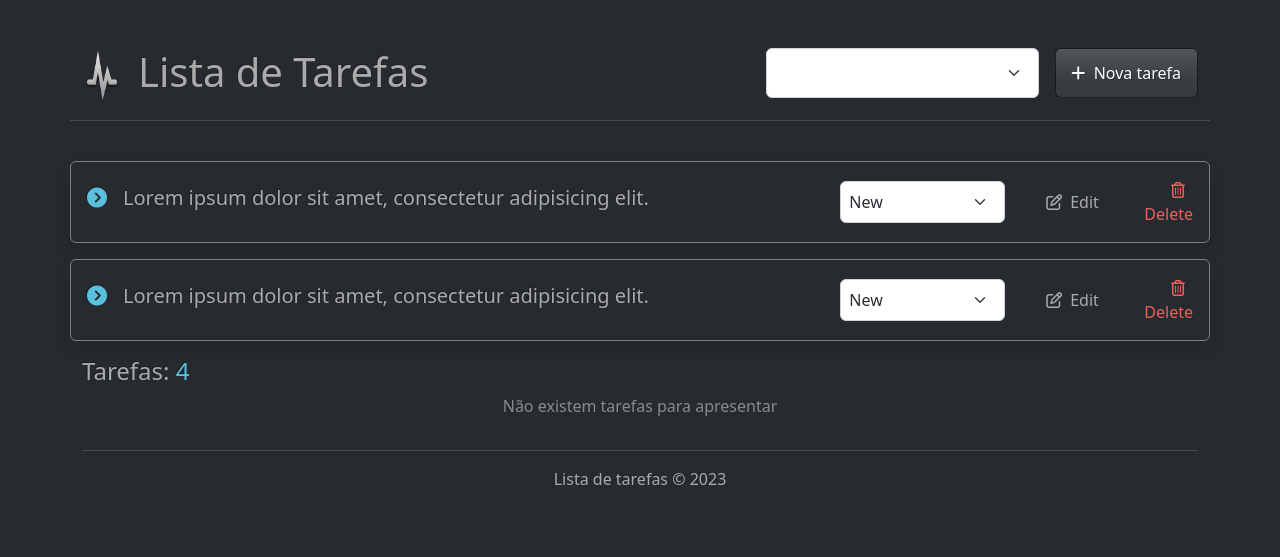
Repository: cargugati/lista_tarefas
Page: frontEnd/index.html
These files come from the project's save history. The page is drawn as it stood at one moment and after the next save; the edit follows.
The browser window is 1280 px wide. The pictures show the whole page.

Above is the page before, as saved 2023-04-01 20:27:27.

### frontEnd/index.html
<!DOCTYPE html>
<html lang="pt-br">

<head>
  <meta charset="UTF-8">
  <meta http-equiv="X-UA-Compatible" content="IE=edge">
  <meta name="viewport" content="width=device-width, initial-scale=1.0">
  <title>Lista de Tarefas</title>
  <link rel="stylesheet" href="./assets/css/bootstrap.min.css">
  <link rel="stylesheet" href="./assets/fontawesome/css/all.min.css">
  <link rel="shortcut icon" href="./assets/images/favicon.png" type="image/png">
</head>

<body>
  <div class="container my-5">

    <!-- cabeçalho -->
    <div class="row mb-4">
      <div class="col">
        <div class="d-flex justify-content-start">
          <img src="./assets/images/favicon.png" alt="Logo" class="img-fluid me-3" width="40px">
          <h1>Lista de Tarefas</h1>
        </div>

      </div>
      <div class="col text-end">
        <div class="d-flex justify-content-end">
          <select id="select_filter" class="form-select w-50 p-2 me-3">
            <option value=""></option>
            <option value="1">filtro 1</option>
          </select>
          <a href="new_task.html" class="btn btn-primary"><i class="fa-solid fa-plus me-2"></i>Nova tarefa</a>
        </div>
      </div>
      <hr class="my-3">
    </div>

    <!-- aspecto visual de uma tarefa -->
    <div class="row mb-3">
      <div class="col-12 border border-secondary rounded p-3 shadow">
        <div class="row align-items-center">
          <div class="col-8">
            <div class="d-flex align-items-center">
              <h5 class="me-3 text-info"> <i class="fa-solid fa-circle-chevron-right"></i> </h5>
              <h5>Lorem ipsum dolor sit amet, consectetur adipisicing elit.</h5>
            </div>
          </div>
          <div class="col-2">
            <select id="task_status" class="form-select p-2">
              <option value="new">New</option>
              <option value="in progress">In progress</option>
              <option value="canceled">Canceled</option>
              <option value="done">Done</option>
            </select>
          </div>
          <div class="col-1 text-end"><i class="fa-regular fa-pen-to-square me-2"></i>Edit</div>
          <div class="col-1 text-end text-danger"><i class="fa-regular fa-trash-can me-2"></i>Delete</div>
        </div>
      </div>
    </div>

    <div class="row mb-3">
      <div class="col-12 border border-secondary rounded p-3 shadow">
        <div class="row align-items-center">
          <div class="col-8">
            <div class="d-flex align-items-center">
              <h5 class="me-3 text-info"> <i class="fa-solid fa-circle-chevron-right"></i> </h5>
              <h5>Lorem ipsum dolor sit amet, consectetur adipisicing elit.</h5>
            </div>
          </div>
          <div class="col-2">
            <select id="task_status" class="form-select p-2">
              <option value="new">New</option>
              <option value="in progress">In progress</option>
              <option value="canceled">Canceled</option>
              <option value="done">Done</option>
            </select>
          </div>
          <div class="col-1 text-end"><i class="fa-regular fa-pen-to-square me-2"></i>Edit</div>
          <div class="col-1 text-end text-danger"><i class="fa-regular fa-trash-can me-2"></i>Delete</div>
        </div>
      </div>
    </div>

    <!-- total tarefas -->
    <div class="row" id="total_tasks">
      <div class="col">
        <h4>Tarefas: <span class="text-info">4</span></h4>
      </div>
    </div>

    <!-- sem tarefa -->
    <div class="row " id="no_tasks">
      <div class="col text-center">
        <span class="opacity-75">Não existem tarefas para apresentar</span>
      </div>
    </div>

    <!-- footer -->
    <div class="row mt-3">
      <div class="col text-center">
        <hr>
        <p>Lista de tarefas &copy; 2023</p>
      </div>
    </div>


  </div>

  <script src="./assets/js/bootstrap.bundle.min.js"></script>
</body>

</html>

Loaded but not shown: frontEnd/assets/css/bootstrap.min.css (library); frontEnd/assets/fontawesome/css/all.min.css (library); frontEnd/assets/js/bootstrap.bundle.min.js (library)

After the next save:
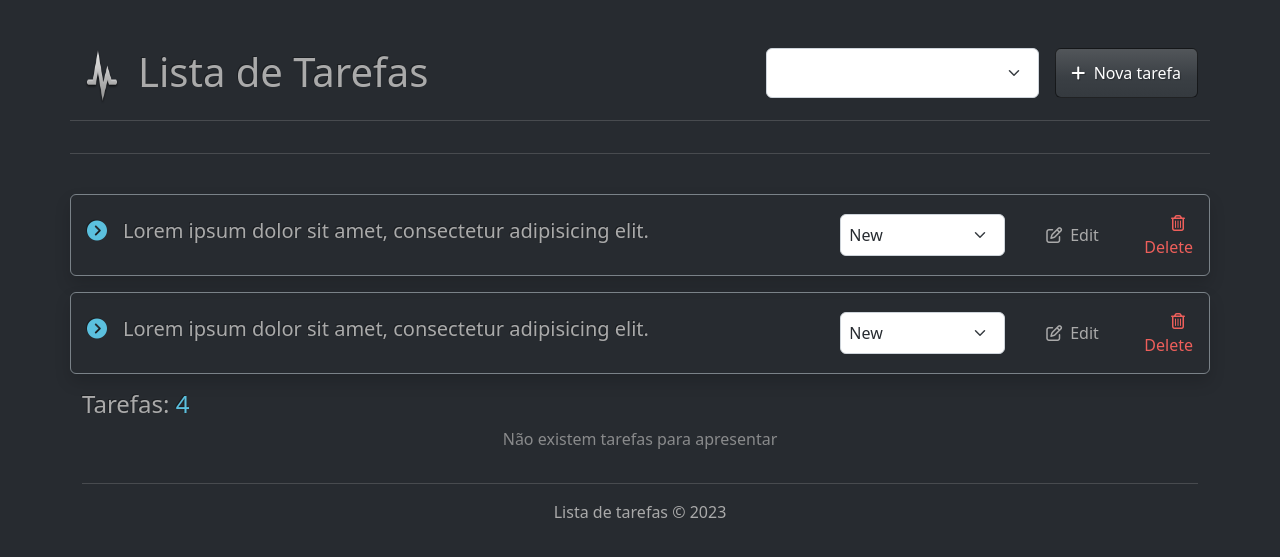
Saved 109 s later.
--- a/frontEnd/index.html
+++ b/frontEnd/index.html
@@ -32,6 +32,7 @@
           <a href="new_task.html" class="btn btn-primary"><i class="fa-solid fa-plus me-2"></i>Nova tarefa</a>
         </div>
       </div>
+      <hr class="my-3">
       <hr class="my-3">
     </div>
 
